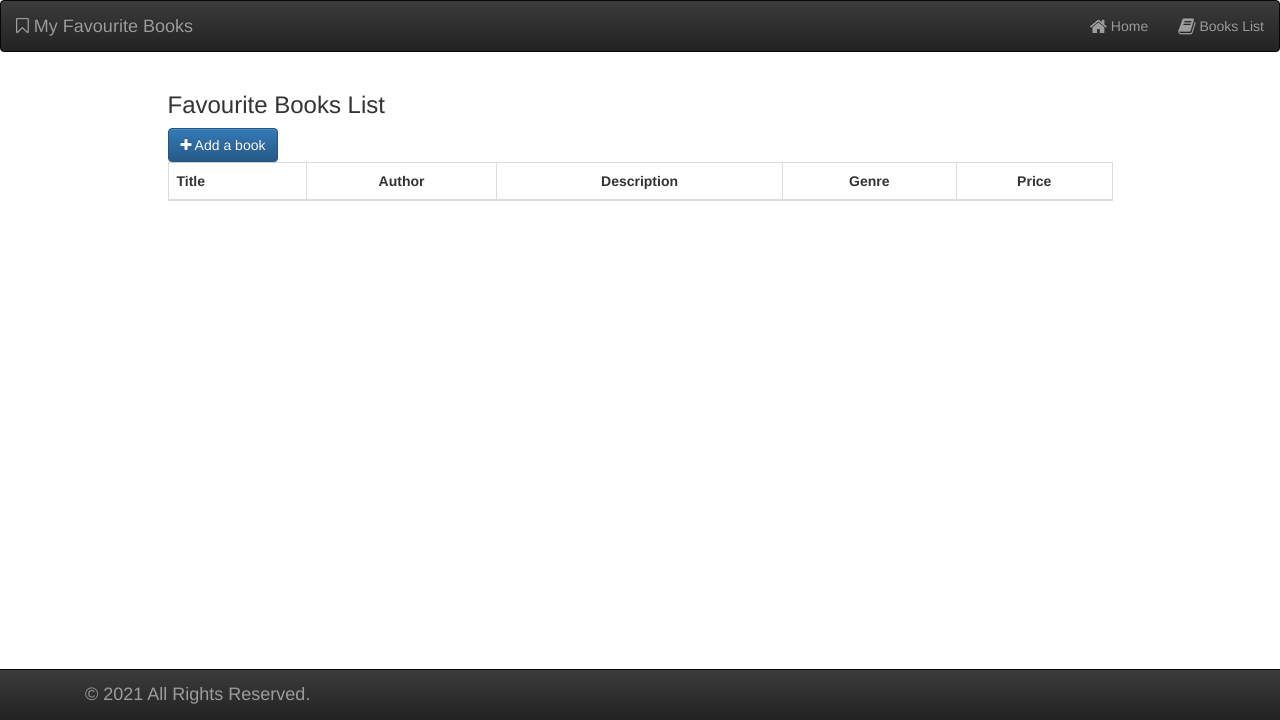
Repository: MateoD-0700/MyFirstRepo
Page: http://localhost/books
An editor plug-in stored every save of this project. The page is shown before and after the next save, followed by the edit.
The browser window is 1280 px wide. The pictures show the whole page.
The page is served by the project's Node server (server.js). Queries for data that is not in the repository find no rows.

Above is the page before, as saved 2021-06-23 23:59:52.

After the next save:
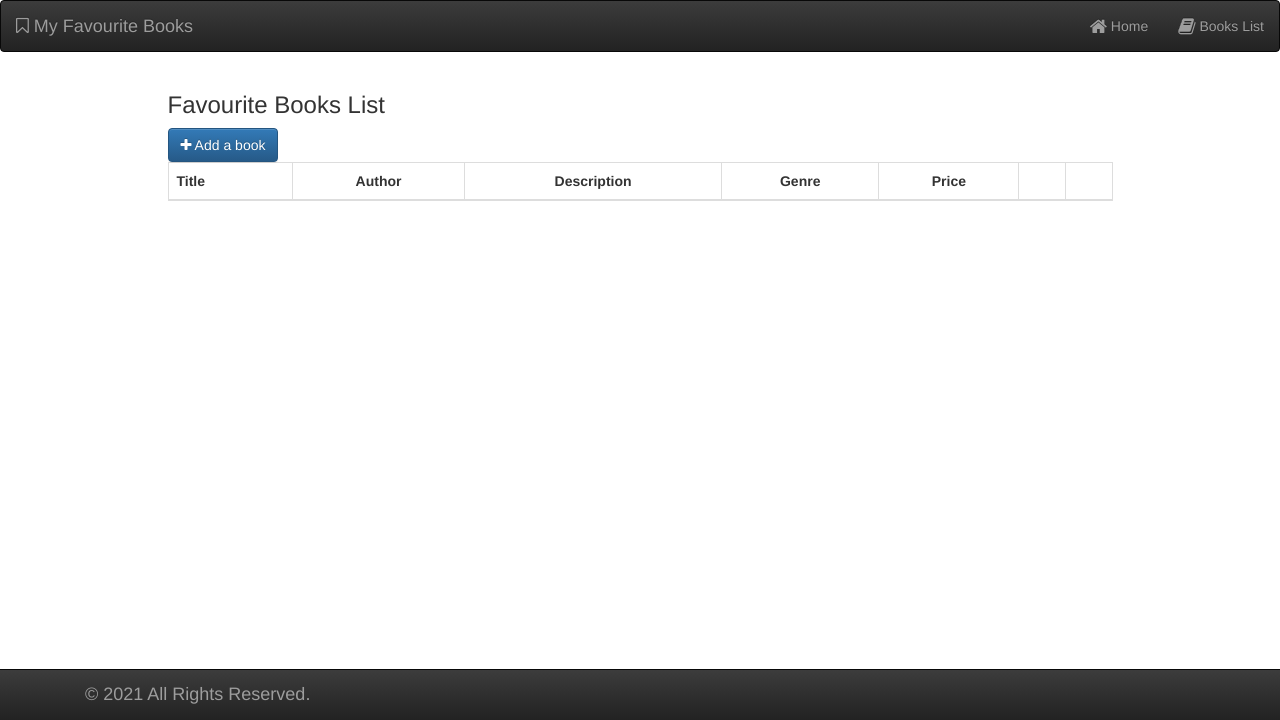
Saved 71 s later.
--- a/Desktop/Semester 3/Web Application Development/COMP229-F2020-Midterm--301156025--main/server/views/books/index.ejs
+++ b/Desktop/Semester 3/Web Application Development/COMP229-F2020-Midterm--301156025--main/server/views/books/index.ejs
@@ -18,8 +18,10 @@
                   <th>Title</th>
                   <th class="text-center">Author</th>
                   <th class="text-center">Description</th>
-                   <th class="text-center">Genre</th>
+                  <th class="text-center">Genre</th>
                   <th class="text-center">Price</th>
+                  <th class="text-center"></th>
+                  <th class="text-center"></th>
                 </tr>
                 </thead>
                 <tbody>
@@ -45,7 +47,7 @@
 
                   <td class="text-center">
                     <!-- ------------------------ -->
-                    <a href="books/delete/<%= books[count]._id %>" class="btn btn-danger btn-sm delete">
+                    <a href="/books/delete/<%= books[count]._id %>" class="btn btn-danger btn-sm delete">
                           <i class="fas fa-edit"></i> Delete</a>
                     <!-- ------------------------ -->
                   </td>
